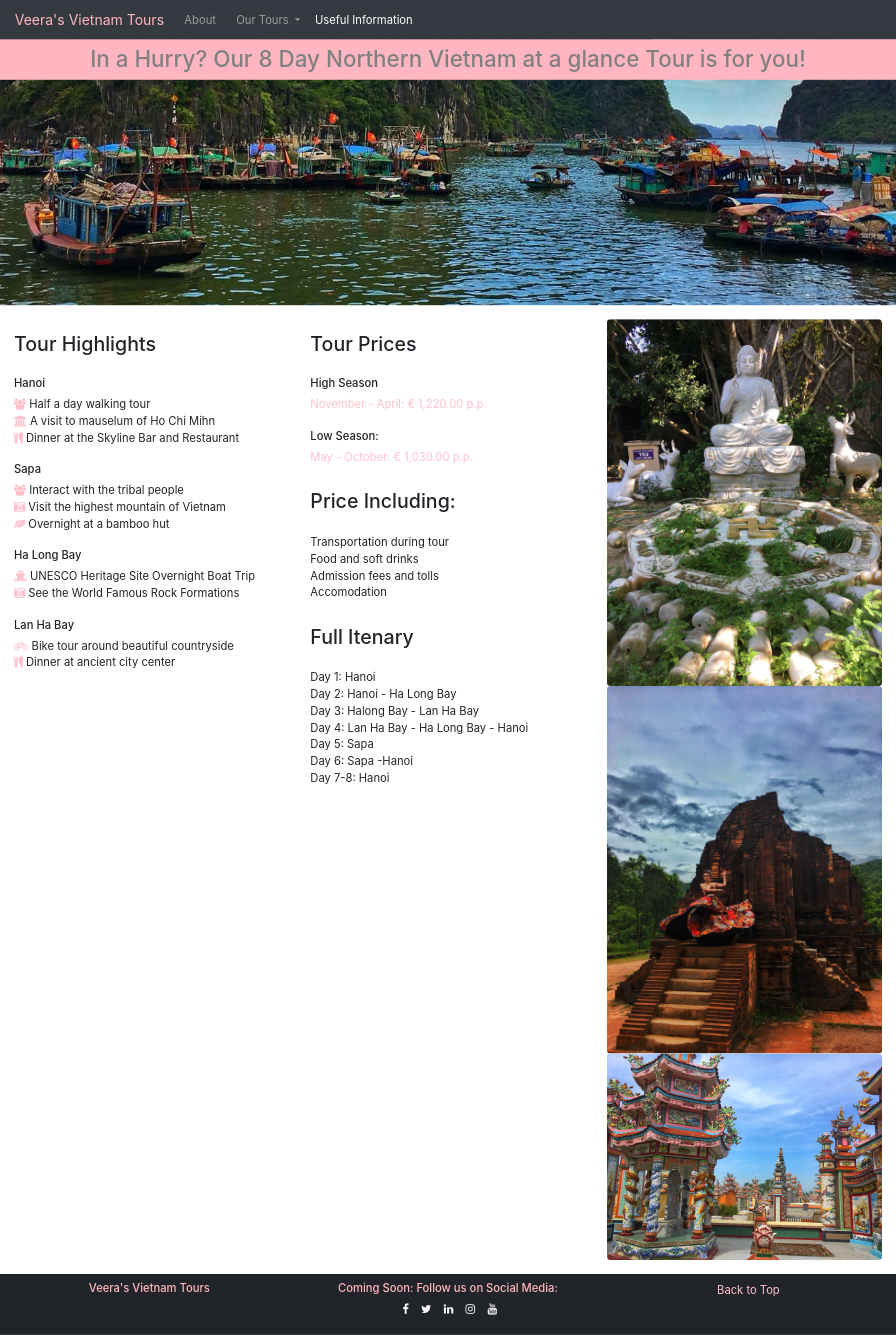
Repository: VAhola/VietnamTour
Page: 8d.html
The author's editor kept a record of every edit. The page is drawn from the files as they stood at one moment, then again after the next edit.
The browser window is 1280 px wide. The pictures show the whole page, at 70% of full size.

Above is the page before.

### 8d.html
<!DOCTYPE html>
<html lang="en">
<head>
    <meta charset="UTF-8">
    <meta name="viewport" content="width=device-width, initial-scale=1.0">
    <meta http-equiv="X-UA-Compatible" content="ie=edge">
    <link rel="stylesheet" href="https://stackpath.bootstrapcdn.com/bootstrap/4.3.1/css/bootstrap.min.css" type="text/css" />
    <link rel="stylesheet" href="https://stackpath.bootstrapcdn.com/font-awesome/4.7.0/css/font-awesome.min.css" type="text/css" />
    <link rel="stylesheet" href="style.css" type="text/css"/>
    <title>Vietnam Project</title>
</head>
<body>

<!--Nav-->

    <nav class="navbar navbar-dark navbar-expand-sm bg-dark top">
        <a href="index.html" class="navbar-brand title">
                    Veera's Vietnam Tours</a>

     <button class="navbar-toggler ml-auto" type="button" data-toggle="collapse" data-target="#navbarNavDropdown" aria-controls="navbarNavDropdown" aria-expanded="false" aria-label="Toggle navigation">
        <span class="navbar-toggler-icon"></span></button>

      <div class="collapse navbar-collapse" id="navbarNavDropdown">
            <ul class="navbar-nav mr-auto">
                <li class="nav-item mr-2"><a class="nav-link" href="about.html">About</a></li>
                <li class="nav-item dropdown">
                    <a class="nav-link dropdown-toggle" href="#" id="navbarDropdownMenuLink" role="button" data-toggle="dropdown" aria-haspopup="true" aria-expanded="false">
          Our Tours
        </a>
                    <div class="dropdown-menu" aria-labelledby="navbarDropdownMenuLink">
                        <a class="dropdown-item" href="16d.html">16 Day Complete Vietnam</a>
                        <a class="dropdown-item" href="#">8 Days Vietnam at glance</a>
                    </div>
                </li>
                <li class="active nav-item mr-2"><a class="nav-link" href="Info.html">Useful Information</a></li>
            </ul>
            </div>
        </nav>
<!-- /.nav -->

<div class="section5">
    <h2 class="intro">
     In a Hurry? Our 8 Day Northern Vietnam at a glance Tour is for you!
    </h2>
</div>

<!--Itenary Newest-->

<div class="tours1">
<div class="row">
    <div class="col-sm-4 container-fluid">
      <h3 style="text-align:left;"> Tour Highlights</h3>
       <ul style="text-align:left;">
            <li>
                <h6>Hanoi</h6>
                <i class="fa fa-users pink" aria-hidden="true"></i>
                 Half a day walking tour<br>
                <i class="fa fa-university pink" aria-hidden="true"></i>
                 A visit to mauselum of Ho Chi Mihn <br>
                 <i class="fa fa-cutlery pink" aria-hidden="true"></i>
                 Dinner at the Skyline Bar and Restaurant
            </li><br>
            <li>
                <h6>Sapa</h6>
                <i class="fa fa-users pink" aria-hidden="true"></i>
                 Interact with the tribal people<br>
                <i class="fa fa-camera-retro pink" aria-hidden="true"></i>
                 Visit the highest mountain of Vietnam<br>
                <i class="fa fa-leaf pink" aria-hidden="true"></i>
                 Overnight at a bamboo hut
            </li><br>
            <li>
                <h6>Ha Long Bay</h6>
                <i class="fa fa-ship pink" aria-hidden="true"></i>
                 UNESCO Heritage Site Overnight Boat Trip<br>
                <i class="fa fa-camera-retro pink" aria-hidden="true"></i>
                 See the World Famous Rock Formations<br>
            </li><br>
            <li>
                <h6>Lan Ha Bay</h6>
                <i class="fa fa-bicycle pink" aria-hidden="true"></i>
                 Bike tour around beautiful countryside<br>
                <i class="fa fa-cutlery pink" aria-hidden="true"></i>
                 Dinner at ancient city center
            </li><br>
         </div>
    <div class="col-sm-4 container-fluid">
                <h3 style="text-align:left;"> Tour Prices</h3>
                <ul style="text-align:left;">
                    <h6>High Season</h6>
                    <li style="color:pink;">November - April: € 1,220.00 p.p.</li>
                     <br>
                     <h6>Low Season:</h6>
                    <li style="color:pink;">May - October: € 1,030.00 p.p.</li>
                </ul>
                <h3 style="text-align:left;">Price Including:</h3>
                <ul>
                    <li>Transportation during tour</li>
                    <li>Food and soft drinks</li>
                    <li>Admission fees and tolls</li>
                    <li>Accomodation</li>
                </ul>
                <h3 style="text-align:left;">Full Itenary</h3>
            <ul style="text-align:left;">
                <li>Day 1: Hanoi</li>
                <li>Day 2: Hanoi - Ha Long Bay</li>
                <li>Day 3: Halong Bay - Lan Ha Bay</li>
                <li>Day 4: Lan Ha Bay - Ha Long Bay - Hanoi</li>
                <li>Day 5: Sapa</li>
                <li>Day 6: Sapa -Hanoi</li>
                <li>Day 7-8: Hanoi</li>
            </ul>
        </div>

        <div class="col-sm-4 container-fluid">
            <div class="gallery3">
                <figure class="gallery_item gallery__itemy1">
                    <img src="Assets/pictures/IMG-20190712-WA0009.jpg" class="gallery__img" alt="Image 1">
                </figure>
                <figure class="gallery__item gallery__itemy--2">
                    <img src="Assets/pictures/IMG-20190712-WA0020.jpg" class="gallery__img" alt="Image 2">
                </figure>
                <figure class="gallery__item gallery__itemy--3">
                    <img src="Assets/pictures/IMG-20190712-WA0021.jpg" class="gallery__img" alt="Image 4">
                </figure>
            </div>
         </div>
    </div>
</div>

<!-- /.Itenary Newest -->



 <footer class="container-fluid site">
        <div id="footer-details" class="row">
            <div class="col-sm-4 center">
                 <h6>Veera's Vietnam Tours</h6>
            </div>
            <div class="col-sm-4 center">
                <h6 class="inline-block center">Coming Soon: Follow us on Social Media:</h6>
                <ul class="list-inline center">
                    <li class="list-inline-item">
                        <a target="_blank" href="#">
                            <i class="fa fa-facebook" aria-hidden="true"></i>
                            <span class="sr-only">Facebook</span>
                        </a>
                    </li>
                    <li class="list-inline-item">
                        <a target="_blank" href="#">
                            <i class="fa fa-twitter" aria-hidden="true"></i>
                            <span class="sr-only">Twitter</span>
                        </a>
                    </li>
                    <li class="list-inline-item">
                        <a target="_blank" href="#">
                            <i class="fa fa-linkedin" aria-hidden="true"></i>
                            <span class="sr-only">LinkedIn</span>
                        </a>
                    </li>
                    <li class="list-inline-item">
                        <a target="_blank" href="#">
                            <i class="fa fa-instagram" aria-hidden="true"></i>
                            <span class="sr-only">Instagram</span>
                        </a>
                    </li>
                    <li class="list-inline-item">
                        <a target="_blank" href="#">
                            <i class="fa fa-youtube" aria-hidden="true"></i>
                            <span class="sr-only">YouTube</span>
                        </a>
                    </li>
                </ul>
            </div>
           <div class="col-sm-4 center">
                <a href="#top" style="color:pink">Back to Top</a>
            </div>
        </div>
 </footer>


    <script src="https://code.jquery.com/jquery-3.3.1.slim.min.js" integrity="sha384-q8i/X+965DzO0rT7abK41JStQIAqVgRVzpbzo5smXKp4YfRvH+8abtTE1Pi6jizo" crossorigin="anonymous"></script>
    <script src="https://cdnjs.cloudflare.com/ajax/libs/popper.js/1.14.3/umd/popper.min.js" integrity="sha384-ZMP7rVo3mIykV+2+9J3UJ46jBk0WLaUAdn689aCwoqbBJiSnjAK/l8WvCWPIPm49" crossorigin="anonymous"></script>
    <script src="https://stackpath.bootstrapcdn.com/bootstrap/4.1.3/js/bootstrap.min.js" integrity="sha384-ChfqqxuZUCnJSK3+MXmPNIyE6ZbWh2IMqE241rYiqJxyMiZ6OW/JmZQ5stwEULTy" crossorigin="anonymous"></script>

</body>
</html>

### style.css
html {
    border: none;
}

/*------------- Styling the header -----------*/

.header {
    background-color: #4F4F4F;
    background-position: center;
    text-align: center;
    background-size: cover;
    color: #fafafa;
    margin:0;
    padding-bottom: 10px;
    padding-top: 10px;

}


.button {
    color: white;
}


.navbar-dark .navbar-brand {
    color: 	#ffb6c1;

}

.dropdown-menu {
    background-color: #4F4F4F;
}

.dropdown-item {
    color: #b9bec3;
}


a {
    color:#fafafa;
    margin-left: 5px;
}

.section1 {
    background-size: cover;
    text-align: center;
    background-image: url(Assets/pictures/bamboo-boat-clouds-cloudscape-2132098.jpg);
    background-repeat: no-repeat;
    min-height: 420px;
    color: black;
    padding: 0px;
    background-position-y: bottom;
    background-position-x: center;
    background-color: darkgray;
}

.intro {
    background-color:#ffb6c1;
    padding: 10px 5px;
    color: gray;
}

.intro1 {
    background-color: #ffb6c1;
    padding: 10px 5px;
    color: gray;
    margin-bottom: 0px;
}

.welcome {
    padding:20px 20px;
}

h2 {
    color: gray;
    text-align: center;
    padding-bottom:20px;
    padding-top: 20px;
}

h3{
    color: ;
    text-align: center;
    padding-bottom:20px;
    padding-top: 20px;
}

h5 {
    color: #ffb6c1;
    text-align: center;
    margin-top: 20px;
    margin-bottom: 10px;
    text-decoration: underline;
}


li {
    list-style: none;tours
}

img.quote {
    border-style: solid;
    border-color: gray;
    float: right;
}

dl, ol, ul {
    margin-top: 0;
    margin-bottom: 1rem;
    padding: 0;
}

.tours {
    color:darkgray;
    text-align:center;
    margin-bottom:30px;
}

.tours1 {
    margin: 20px; 10px
}
.section3 {
    background-size: cover;
    text-align: center;
    color: black;
}


.about_us {
    text-align: justify;
    margin-left: 20px;
    margin-right: 20px;
}

.contacts {
    margin-left: 20px;
    margin-right: 20px;
}

.compact {
    margin: 0;
}

.man {
    background-image: url(Assets/pictures/hanoi-man-market-1004123.jpg);

}
.right_align{
    text-align:right;
}
.btn-success1 {
    color: #fff;
    background-color: #ffaeb9;
    border-color: gray;
    border-width: thick;
}


.towel {
 text-align:center;
 padding-left:15px;
 padding-right:15px;
 background-color: yellow;
 display: unset;
}

div.container4 {
    height: 1em;
    position: relative;

}
div.container4 p {
    margin: 0;
    background: yellow;
    position: absolute;
    top: 50%;
    left: 50%;
    margin-right: -50%;
    transform: translate(-50%, -50%);
    display:unset;
    padding: 5px 10px;

}

* {
  box-sizing: border-box;
}

div.box {
  float: left;
  width: 50%;
  padding: 20px;
}

div.center {
    text-align: center;
}

.clearfix::after {
  content: "";
  clear: both;
  display: table;
  padding: 20px;
}

.internary16 {
    text-align: left;
    margin: 10px 20px;
    padding: 10px;
    align-content: center;
    text-align: justify;
}

.right {
    height:200px;
    word-break: break-word;
    float:right;
    margin: 5px;
}

.left {
    height:200px;
    word-break: break-word;
    float:left;
    margin: 5px;
}

.woman {
    float: right;
}


article {
    margin: 5px;
}

img.iten_right {
    border-radius: 20px;
    padding: 5px;
    width: 300px;
    margin-left: 10px;
}

img.iten_left {
    border-radius: 20px;
    padding: 5px;
    width: 300px;
    margin-right: 10px;
}

img.map_right {
    border: 1px solid #ddd;
    border-radius: 4px;
    width: 220px;
    margin:20px 10px;
}

.info_left {
    border: 3px solid #ddd;
    border-radius: 4px;
    width: 220px;
    margin-right:10px;
}

.info_right {
    border: 2px solid #ddd;
    border-radius: 4px;
    width: 220px;
    margin-left:10px;
}

banner2 {
    display: inline-block;
}

.gallery1 {
    display: grid;
    grid-template-columns: repeat(3, 1fr);
    padding-top:0px;
    margin: 0px;
}

.section2 {
    background-size: cover;
    text-align: center;
    background-image: url(Assets/pictures/chaly-pavement-road-2044867.jpg);
    background-repeat: no-repeat;
    min-height: 380px;
    color: black;
    padding: 0px;
    background-position-y: bottom;
    background-position-x: center;
}

.section4 {
    background-size: cover;
    text-align: center;
    background-image: url(Assets/pictures/vietnam-2139871_1920_a.jpg);
    background-repeat: no-repeat;
    min-height: 380px;
    color: black;
    padding: 0px;
    background-position-y: bottom;
    background-position-x: center;
}

.section5 {
    background-size: cover;
    text-align: center;
    background-image: url(Assets/pictures/IMG-20190712-WA0006_a.jpg);
    background-repeat: no-repeat;
    min-height: 380px;
    color: black;
    padding: 0px;
    background-position-y: bottom;
    background-position-x: center;
}

.dest {
    margin-left: 20px;
    margin-right: 20px;
    padding: 10px;
    text-align: justify;
}

.info {
    margin-top:20px;
}
.desth {
    margin-left: 20px;
    margin-right: 20px;
    text-align:justify;
}

.ready {
    background-clip: white;
    margin-left: 10px;
    margin-right: 10px;
}

.grid-container-new {
  display: grid;
  justify-content: space-evenly;
  grid-template-columns: 25% 25% 25%; /*Make the grid smaller than the container*/
  grid-gap: 5px;
  padding: 10px;
}

.grid-container {
  display: grid;
  justify-content: space-evenly;
  grid-template-columns: 80% 20%; /*Make the grid smaller than the container*/
  grid-gap: 5px;
  padding: 10px;
}

.grid-item {
  background-color: rgba(255, 255, 255, 0.8);
  border: 1px solid rgba(0, 0, 0, 0.8);
  padding: 20px;
  font-size: 30px;
  text-align: center;
}

.gallery {
    display: grid;
    grid-template-columns: repeat(4, 1fr);
    grid-gap: 10px;
    padding-top:5px;
    margin: 30px 5px;
}

.gallery__img {
    width: 100%;
    height: 100%;
    object-fit: cover;
    border-radius: 5px;
}

.pink {
    color: pink;
}

.gallery2 {
    display: grid;
    grid-template-columns: repeat(2, 2fr);
    grid-gap: 2px;
    padding-top:0px;
    margin: 0px;
}

figure {
    margin: 0;
}

.people {
    display: grid;
    grid-template-columns: repeat(2, 1fr);
    grid-gap: 10px;
    margin-left: 5px;
    margin-right: 5px;
    padding-top:5px;
}

.people__img {
    width: 100%;
    height: 100%;
    object-fit: cover;
}


.header5 {
    color: #ffb6c1;
    text-decoration: underline;
}

footer.site {
    background-color: #212529;
    color: #ffb6c1;
    background-size: cover;
    margin-bottom: 0;
    padding-bottom: 10px;
    padding-top: 10px;
}

.bottom {
    margin-bottom: 0;
}

/* media queries */

@media (max-width:767px) {
    body{
    font-size: smaller;
    }
    p {
    font-size: smaller;
    }
    .welcome {
    padding:5px 5px;
    }
    .review{
    padding:5px 5px;
    margin-bottom:5px;
    font-size:smaller;
    }
    h1, h2, h3, h4, h5, h6{
    font-size:smaller;
    }

    em {
    font-size: x-small;
    }

    img.map_right {
    width: 130px;
    margin-left: 5px;
    }

    img.iten_left{
    width: 130px;
    border-radius: 20px;
    }

    img.iten_right{
    width: 130px;
    border-radius: 20px;
    }
    .info_left {
    width: 120px;
    }
    .info_right {
    width: 120px;
    }


    .dest {
    margin-left: 10px;
    margin-right: 10px;
    padding: 5px;
    }
    .section2 {
    background-size: cover;
    text-align: center;
    background-image: url(Assets/pictures/chaly-pavement-road-2044867.jpg);
    background-repeat: no-repeat;
    min-height: 180px;
    color: black;
    padding: 0px;
    background-position-y: bottom;
    background-position-x: center;
    }
    .section1 {
    background-size: cover;
    text-align: center;
    background-image: url(Assets/pictures/bamboo-boat-clouds-cloudscape-2132098.jpg);
    background-repeat: no-repeat;
    min-height: 180px;
    color: black;
    padding: 0px;
    background-position-y: bottom;
    background-position-x: center;
    background-color: darkgray;
    }
    .section5 {
    background-size: cover;
    text-align: center;
    background-image: url(Assets/pictures/IMG-20190712-WA0006_a.jpg);
    background-repeat: no-repeat;
    min-height: 180px;
    color: black;
    padding: 0px;
    background-position-y: bottom;
    background-position-x: center;
    }
    .section4 {
    background-size: cover;
    text-align: center;
    background-image: url(Assets/pictures/vietnam-2139871_1920_a.jpg);
    background-repeat: no-repeat;
    min-height: 180px;
    color: black;
    padding: 0px;
    background-position-y: bottom;
    background-position-x: center;
    }
}

@media (min-width: 768px) and (max-width: 991px) {
}
    .review {
    text-align:center;
    padding:20px 10px;
    margin-bottom:40px;
    display:flex;
    }
}

@media (min-width: 992px) and (max-width: 1800px) {
    .review{
    text-align:center;
    padding:20px 10px;
    margin-bottom:40px;
    margin-left: 20px;
    margin-right: 20px;
    display:inline-flex;
    }
}

After the next edit:
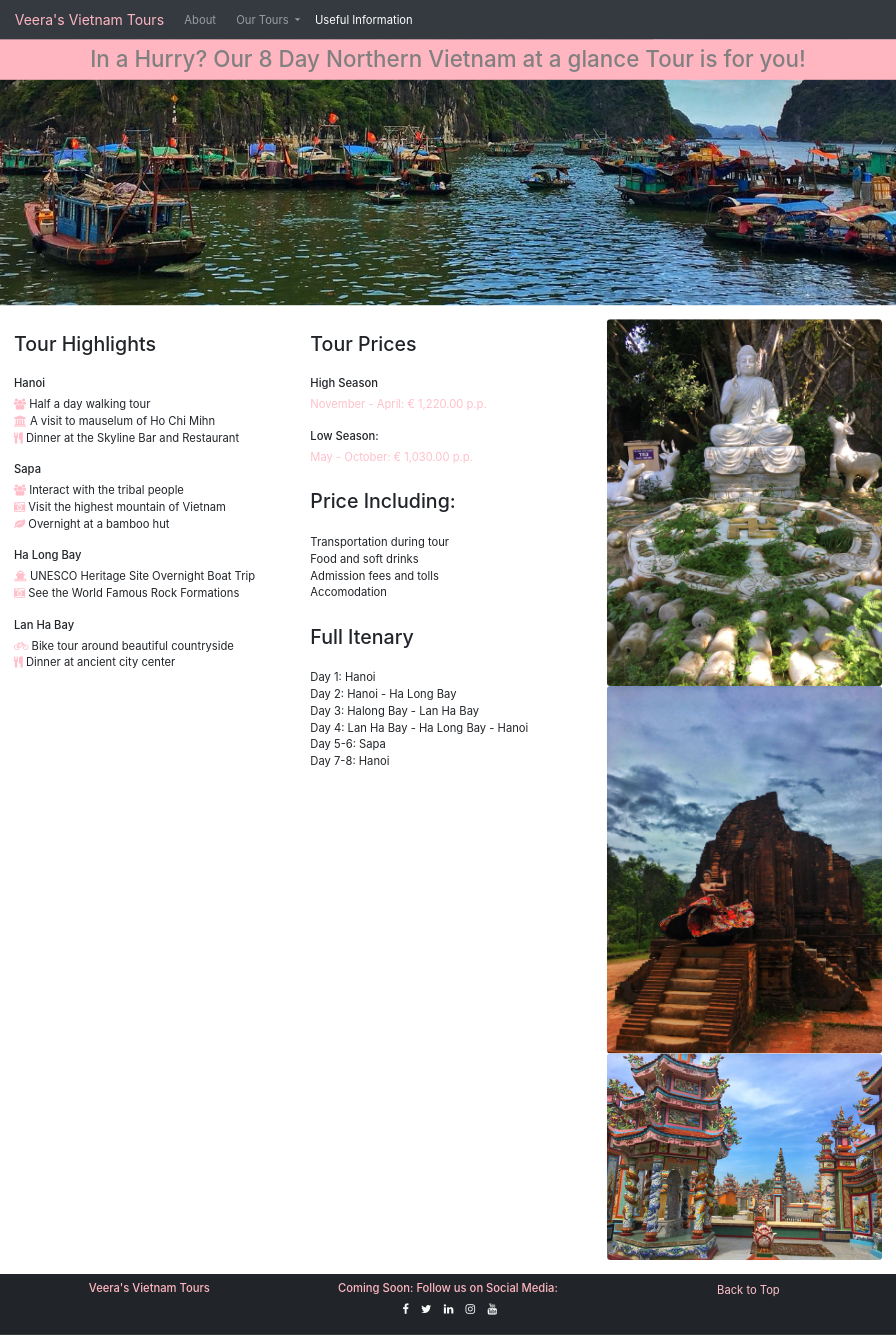
The edit:
--- a/8d.html
+++ b/8d.html
@@ -106,8 +106,7 @@
                 <li>Day 2: Hanoi - Ha Long Bay</li>
                 <li>Day 3: Halong Bay - Lan Ha Bay</li>
                 <li>Day 4: Lan Ha Bay - Ha Long Bay - Hanoi</li>
-                <li>Day 5: Sapa</li>
-                <li>Day 6: Sapa -Hanoi</li>
+                <li>Day 5-6: Sapa</li>
                 <li>Day 7-8: Hanoi</li>
             </ul>
         </div>
